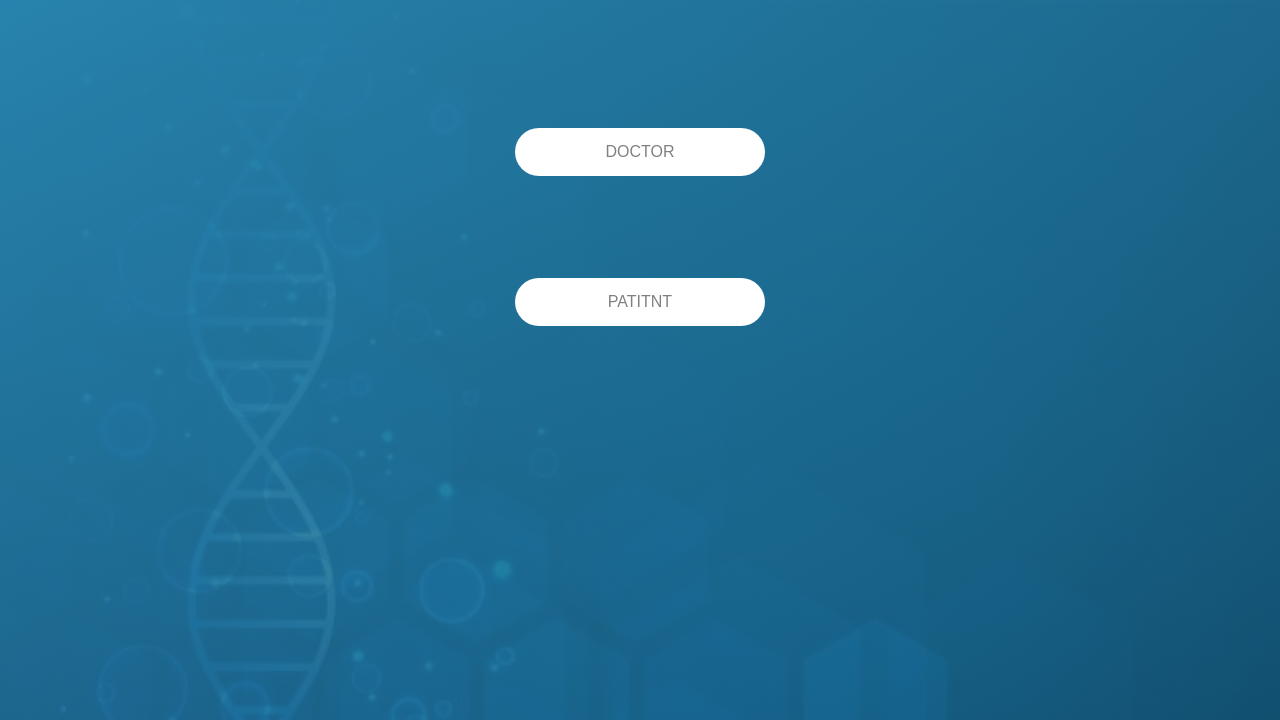
Repository: ajayaj2001/healthcare-digitization
Page: /
The author's editor kept a copy of each file at every save. The page is drawn from the files as they stood at one save, then again after the next save.
The browser window is 1280 px wide. The pictures show the whole page.
The project was rebuilt for these pictures with package versions that can differ from the ones it lists, and the page was loaded fresh each time.

Above is the page before, as saved 2021-03-12 18:39:35.

After the next save:
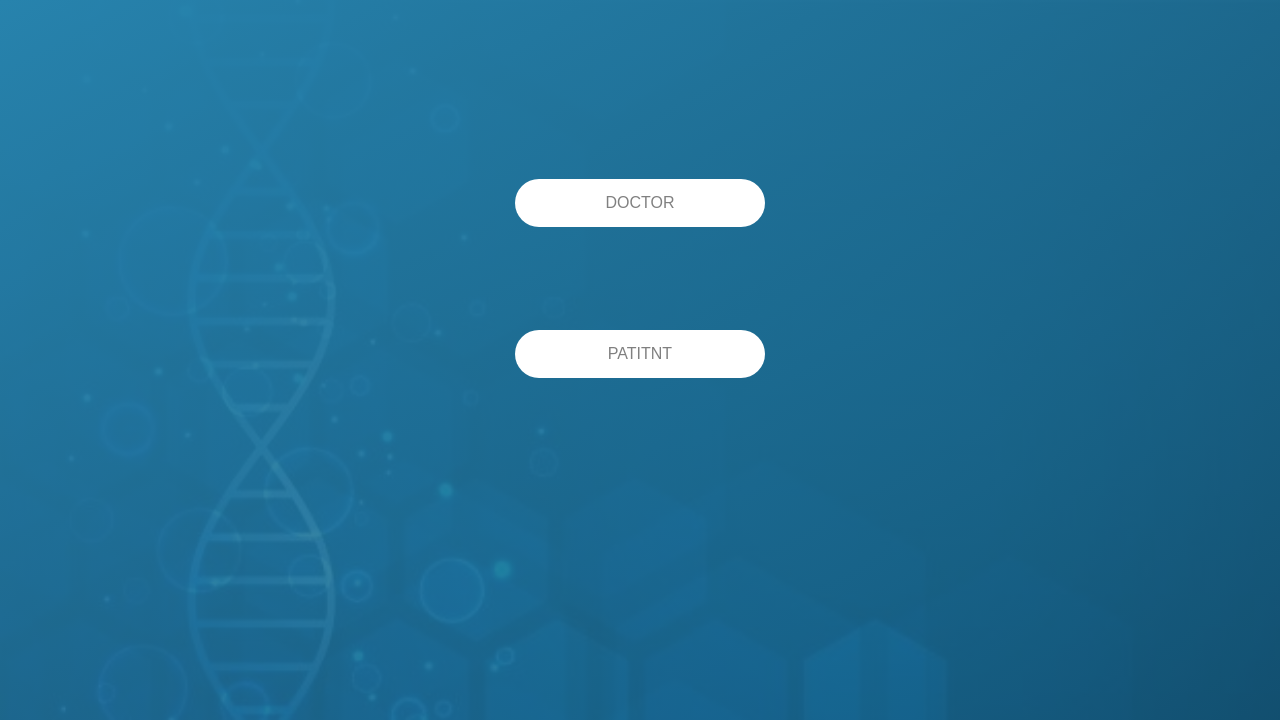
Saved 6 s later.
--- a/src/component/userType/UserType.scss
+++ b/src/component/userType/UserType.scss
@@ -68,5 +68,5 @@
     display: flex;
     flex-direction: column;
     align-items: center;
-    padding-top: 10%;
+    padding-top: 14%;
 }
